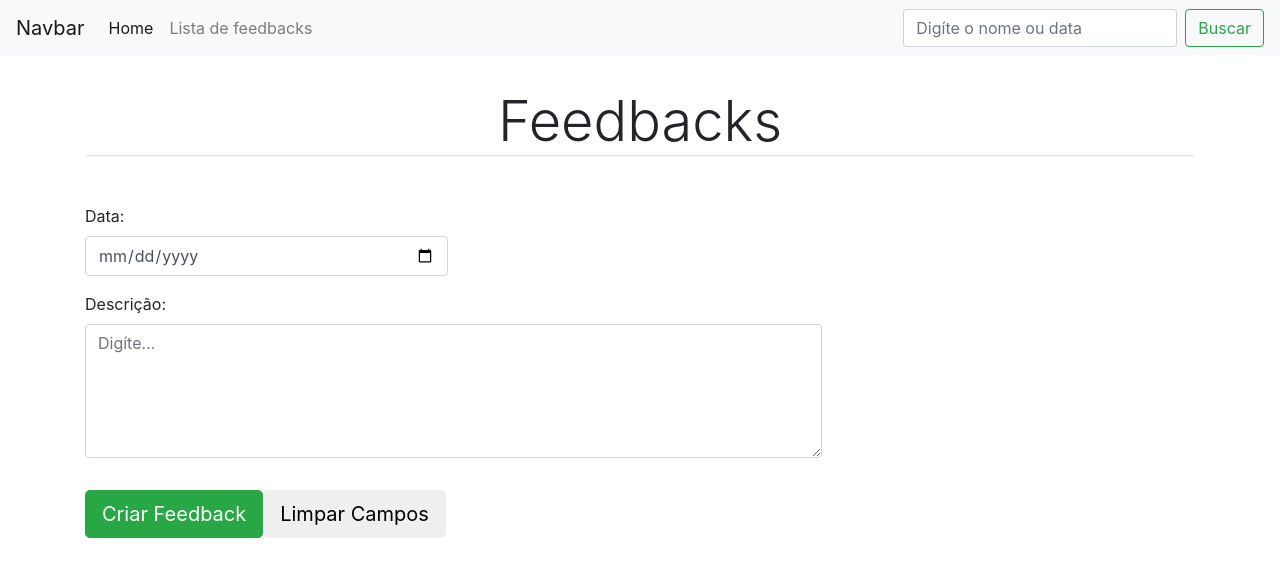
Repository: JulioSantooz/maisViagensSegundaVersao
Page: java-web(eclipse)/java-crud-mais-viagens/src/main/webapp/descricao.html
An editor plug-in stored every save of this project. The page is shown before and after the next save, followed by the edit.
The browser window is 1280 px wide. The pictures show the whole page.
Some web libraries are served in a nearby version.

Above is the page before, as saved 2022-02-06 15:25:46.

### java-web(eclipse)/java-crud-mais-viagens/src/main/webapp/descricao.html
<!DOCTYPE html>
<html>
<head>
<meta charset="ISO-8859-1">
<link rel="stylesheet" href="https://maxcdn.bootstrapcdn.com/bootstrap/4.0.0/css/bootstrap.css">
<title>+Viagens - Feedbacks</title>
</head>
<body>

<nav class="navbar navbar-expand-lg navbar-light bg-light">
  <a class="navbar-brand" href="#">Navbar</a>
  <button class="navbar-toggler" type="button" data-toggle="collapse" data-target="#navbarSupportedContent" aria-controls="navbarSupportedContent" aria-expanded="false" aria-label="Toggle navigation">
    <span class="navbar-toggler-icon"></span>
  </button>

  <div class="collapse navbar-collapse" id="navbarSupportedContent">
    <ul class="navbar-nav mr-auto">
      <li class="nav-item active">
        <a class="nav-link" href="index.html">Home <span class="sr-only">(current)</span></a>
      </li>
      <li class="nav-item">
        <a class="nav-link" href="#">Lista de feedbacks</a>
      </li>
    </ul>
    <form class="form-inline my-2 my-lg-0">
      <input name="pesquisa" class="form-control mr-sm-2" type="search" placeholder="Digíte o nome ou data" aria-label="Search">
      <button class="btn btn-outline-success my-2 my-sm-0" type="submit">Buscar</button>
    </form>
  </div>
</nav>

<main class="container text-center mt-3">
	<div class="row">
		<div class="col-12">
			<h1 class="display-4 my-3 border-bottom">Feedbacks</h1>
			<form action="CreateAndFind" method="POST">
                <div class="form-row mt-5 d-flex flex-column">
                    <div class="form-group col-4">
                        <label for="" class="float-left">Data:</label>
                        <input name="data" type="date" class="form-control" id="">
                    </div>
                    <div class="form-group col-8">
                        <label for="" class="float-left">Descrição:</label>
                        <textarea name="descricao" maxlength="300" class="form-control" id="" rows="5" placeholder="Digíte..."></textarea>
                    </div>
                </div>
                <button type="submit" class="btn btn-lg btn-success my-3 float-left">Criar Feedback</button>
                <button type="reset" class="btn btn-lg btn-secundary my-3 float-left">Limpar Campos</button>
            </form>
		</div>
	</div>
</main>


<script src="https://code.jquery.com/jquery-3.2.1.slim.min.js"></script>
<script src="https://cdnjs.cloudflare.com/ajax/libs/popper.js/1.12.9/umd/popper.min.js"></script>
<script src="https://maxcdn.bootstrapcdn.com/bootstrap/4.0.0/js/bootstrap.js"></script>

</body>
</html>

After the next save:
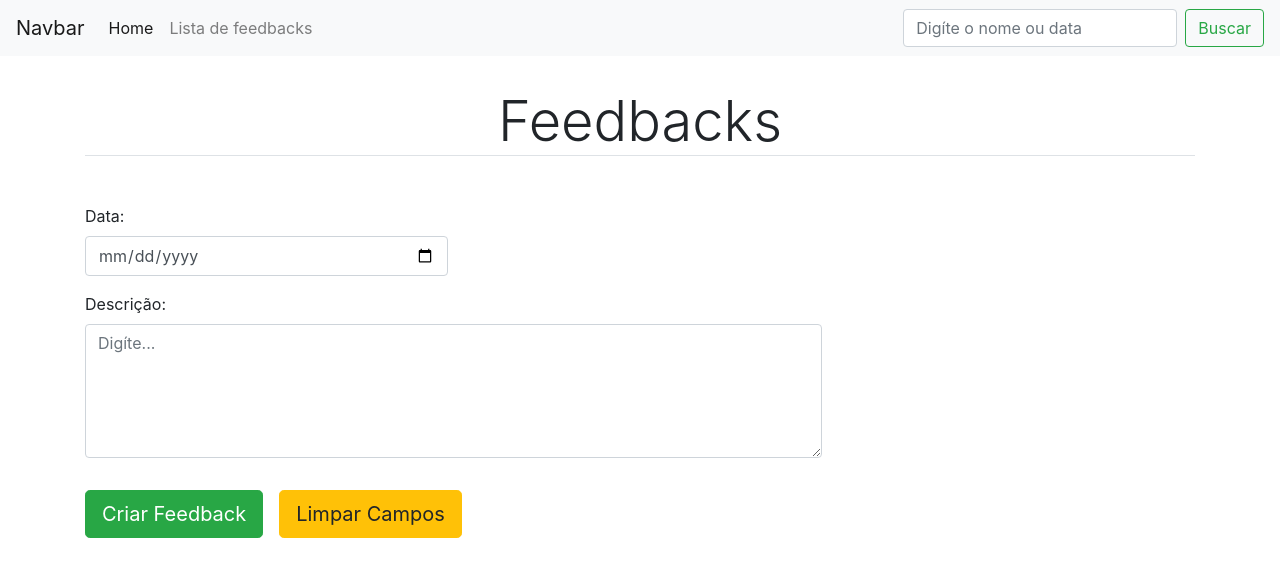
Saved 44 s later.
--- a/java-web(eclipse)/java-crud-mais-viagens/src/main/webapp/descricao.html
+++ b/java-web(eclipse)/java-crud-mais-viagens/src/main/webapp/descricao.html
@@ -45,7 +45,7 @@
                     </div>
                 </div>
                 <button type="submit" class="btn btn-lg btn-success my-3 float-left">Criar Feedback</button>
-                <button type="reset" class="btn btn-lg btn-secundary my-3 float-left">Limpar Campos</button>
+                <button type="reset" class="btn btn-lg btn-warning ml-3 my-3 float-left">Limpar Campos</button>
             </form>
 		</div>
 	</div>
